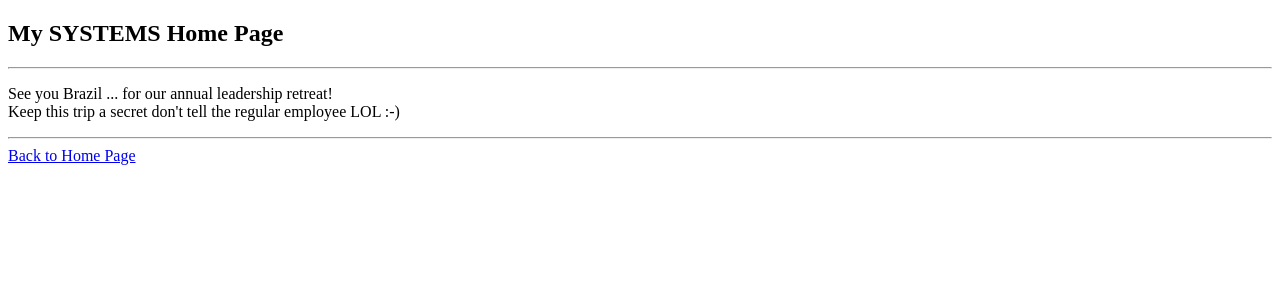
Repository: RKSAHOO4414/spring_basic
Page: http://localhost/spring-security-demo-07-user-roles/systems
These files come from the project's save history. The page is drawn as it stood at one moment and after the next save; the edit follows.
The browser window is 1280 px wide. The pictures show the whole page.
The page is served by Tomcat 9.

Above is the page before, as saved 2022-07-22 11:39:16.

After the next save:
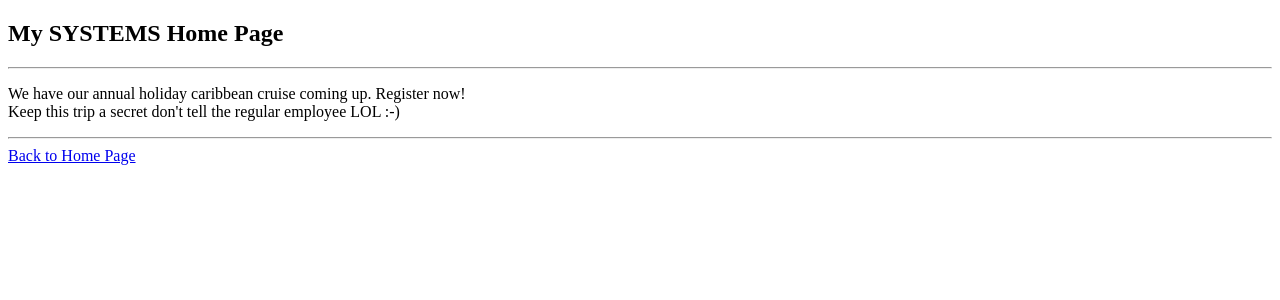
Saved 35 min 18 s later.
--- a/spring-security-demo-07-user-roles/src/main/webapp/WEB-INF/view/systems.jsp
+++ b/spring-security-demo-07-user-roles/src/main/webapp/WEB-INF/view/systems.jsp
@@ -11,7 +11,7 @@
 	<hr>
 
 	<p>
-		See you Brazil ... for our annual leadership retreat!
+		We have our annual holiday caribbean cruise coming up. Register now!
 		<br>
 		Keep this trip a secret don't tell the regular employee LOL :-)
 	</p>
